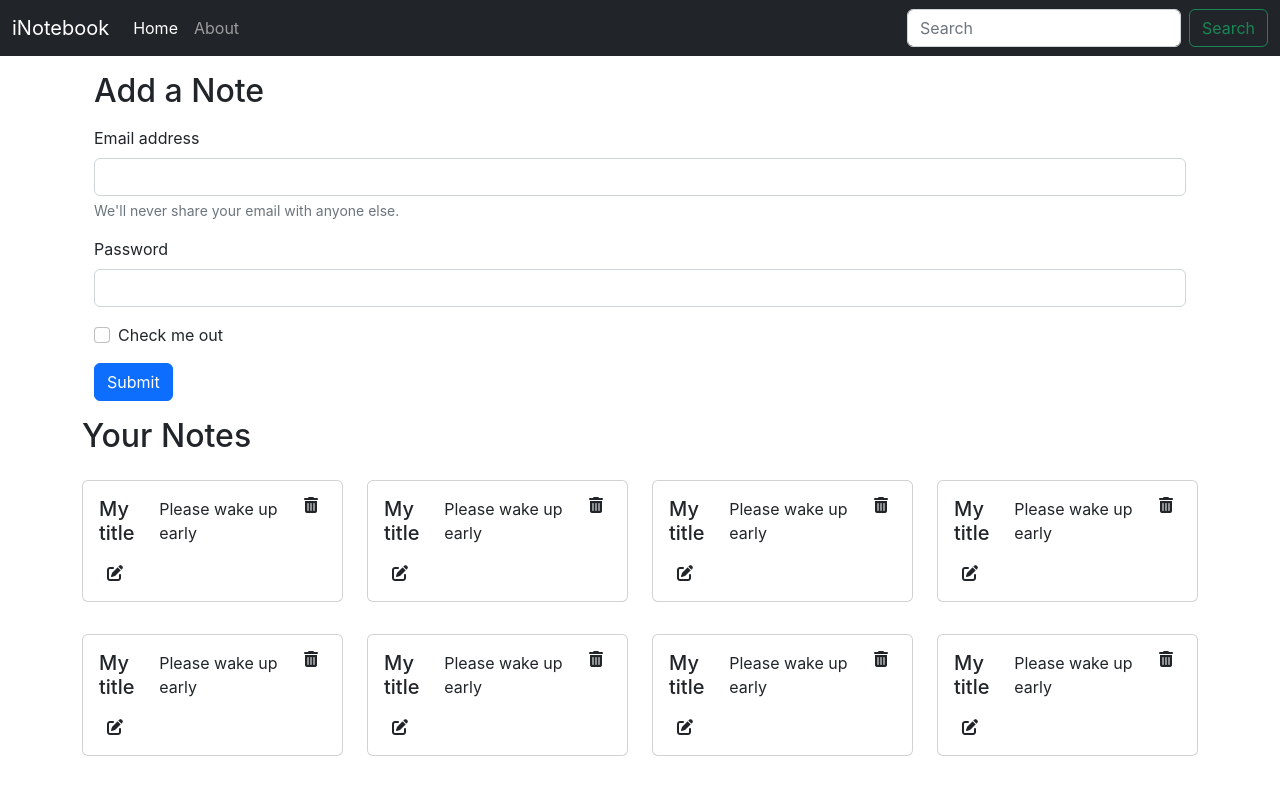
Repository: SatishPatil108/iNotebook-React
Page: /
The author's editor kept a copy of each file at every save. The page is drawn from the files as they stood at one save, then again after the next save.
The browser window is 1280 px wide. The pictures show the whole page.
Some web libraries are served in a nearby version. The project was rebuilt for these pictures with package versions that can differ from the ones it lists, and the page was loaded fresh each time. Also part of the build but not shown: src/App.css, src/components/About.js.

Above is the page before, as saved 2022-07-24 18:36:09.

### public/index.html
<!DOCTYPE html>
<html lang="en">

<head>
  <meta charset="utf-8" />
  <link rel="icon" href="%PUBLIC_URL%/favicon.ico" />
  <meta name="viewport" content="width=device-width, initial-scale=1" />
  <meta name="theme-color" content="#000000" />
  <meta name="description" content="Web site created using create-react-app" />
  <link rel="apple-touch-icon" href="%PUBLIC_URL%/logo192.png" />

  <link rel="manifest" href="%PUBLIC_URL%/manifest.json" />
  <link href="https://cdn.jsdelivr.net/npm/bootstrap@5.2.0/dist/css/bootstrap.min.css" rel="stylesheet"
    integrity="sha384-gH2yIJqKdNHPEq0n4Mqa/HGKIhSkIHeL5AyhkYV8i59U5AR6csBvApHHNl/vI1Bx" crossorigin="anonymous">

  <title>iNotebook - Your Notes Secured in the Cloud</title>
</head>

<body>
  <noscript>You need to enable JavaScript to run this app.</noscript>
  <div id="root"></div>
  <script src="https://kit.fontawesome.com/e892c3092d.js" crossorigin="anonymous"></script>
  <script src="https://cdn.jsdelivr.net/npm/@popperjs/core@2.11.5/dist/umd/popper.min.js"
    integrity="sha384-Xe+8cL9oJa6tN/veChSP7q+mnSPaj5Bcu9mPX5F5xIGE0DVittaqT5lorf0EI7Vk"
    crossorigin="anonymous"></script>
  <script src="https://cdn.jsdelivr.net/npm/bootstrap@5.2.0/dist/js/bootstrap.min.js"
    integrity="sha384-ODmDIVzN+pFdexxHEHFBQH3/9/vQ9uori45z4JjnFsRydbmQbmL5t1tQ0culUzyK"
    crossorigin="anonymous"></script>

</body>

</html>

### src/App.js
import './App.css';
import {
  BrowserRouter as Router,
  Routes,
  Route
} from "react-router-dom";
import Navbar from './components/Navbar';
import Home from './components/Home';
import About from './components/About';
import NoteState from './context/notes/NoteState';

function App() {
  return (
    <>
      <NoteState>
        <Router>
          <Navbar />
          <div className="container">
            <Routes>
              <Route exact path="/" element={<Home />}></Route>
              <Route exact path="/about" element={<About />}></Route>
            </Routes>
          </div>
        </Router>
      </NoteState>
    </>
  );
}

export default App;

### src/components/Navbar.js
import React, { useEffect } from 'react'
import { Link, useLocation } from "react-router-dom";

const Navbar = () => {

    let location = useLocation();
    useEffect(() => {
        console.log(location.pathname);
    }, [location]);
    return (
        <div>
            <nav className="navbar navbar-expand-lg navbar-dark  bg-dark">
                <div className="container-fluid">
                    <Link className="navbar-brand" to="/">iNotebook</Link>
                    <button className="navbar-toggler" type="button" data-bs-toggle="collapse" data-bs-target="#navbarSupportedContent" aria-controls="navbarSupportedContent" aria-expanded="false" aria-label="Toggle navigation">
                        <span className="navbar-toggler-icon"></span>
                    </button>
                    <div className="collapse navbar-collapse" id="navbarSupportedContent">
                        <ul className="navbar-nav me-auto mb-2 mb-lg-0">
                            <li className="nav-item">
                                <Link className={`nav-link ${location.pathname === "/" ? "active" : ""}`} aria-current="page" to="/">Home</Link>
                            </li>
                            <li className="nav-item">
                                <Link className={`nav-link ${location.pathname === "/about" ? "active" : ""}`} to="/about">About</Link>
                            </li>
                        </ul>
                        <form className="d-flex" role="search">
                            <input className="form-control me-2" type="search" placeholder="Search" aria-label="Search" />
                            <button className="btn btn-outline-success" type="submit">Search</button>
                        </form>
                    </div>
                </div>
            </nav>
        </div>
    )
}

export default Navbar

### src/components/Home.js
import Notes from './Notes';

const Home = () => {

    return (
        <div>
            <div className="container my-3">
                <h2>Add a Note</h2>
                <form className='my-3'>
                    <div className="mb-3">
                        <label for="exampleInputEmail1" className="form-label">Email address</label>
                        <input type="email" className="form-control" id="exampleInputEmail1" aria-describedby="emailHelp" />
                        <div id="emailHelp" className="form-text">We'll never share your email with anyone else.</div>
                    </div>
                    <div className="mb-3">
                        <label for="exampleInputPassword1" className="form-label">Password</label>
                        <input type="password" className="form-control" id="exampleInputPassword1" />
                    </div>
                    <div className="mb-3 form-check">
                        <input type="checkbox" className="form-check-input" id="exampleCheck1" />
                        <label className="form-check-label" for="exampleCheck1">Check me out</label>
                    </div>
                    <button type="submit" className="btn btn-primary">Submit</button>
                </form>
            </div>
            <Notes />
        </div>
    )
}

export default Home

### src/context/notes/NoteState.js
import NoteContext from "./noteContext";
import { useState } from "react";
const NoteState = (props) => {
    const notesInitial = [
        {
            "_id": "62da4a93624101fbcba2f70b",
            "user": "62da3547e5c581994402a424",
            "title": "My title",
            "description": "Please wake up early",
            "tag": "Personal",
            "date": "2022-07-22T06:58:27.100Z",
            "__v": 0
        },
        {
            "_id": "62da4a93624101fbcba2f70d",
            "user": "62da3547e5c581994402a424",
            "title": "My title",
            "description": "Please wake up early",
            "tag": "Personal",
            "date": "2022-07-22T06:58:27.254Z",
            "__v": 0
        },
        {
            "_id": "62da4b55247e3f71d9903681",
            "user": "62da3547e5c581994402a424",
            "title": "My title",
            "description": "Please wake up early",
            "tag": "Personal",
            "date": "2022-07-22T07:01:41.403Z",
            "__v": 0
        },
        {
            "_id": "62da89d6007163cf4d1b5c32",
            "user": "62da3547e5c581994402a424",
            "title": "My title",
            "description": "Please wake up early",
            "tag": "Personal",
            "date": "2022-07-22T11:28:22.313Z",
            "__v": 0
        },
        {
            "_id": "62da4a93624101fbcba2f70b",
            "user": "62da3547e5c581994402a424",
            "title": "My title",
            "description": "Please wake up early",
            "tag": "Personal",
            "date": "2022-07-22T06:58:27.100Z",
            "__v": 0
        },
        {
            "_id": "62da4a93624101fbcba2f70d",
            "user": "62da3547e5c581994402a424",
            "title": "My title",
            "description": "Please wake up early",
            "tag": "Personal",
            "date": "2022-07-22T06:58:27.254Z",
            "__v": 0
        },
        {
            "_id": "62da4b55247e3f71d9903681",
            "user": "62da3547e5c581994402a424",
            "title": "My title",
            "description": "Please wake up early",
            "tag": "Personal",
            "date": "2022-07-22T07:01:41.403Z",
            "__v": 0
        },
        {
            "_id": "62da89d6007163cf4d1b5c32",
            "user": "62da3547e5c581994402a424",
            "title": "My title",
            "description": "Please wake up early",
            "tag": "Personal",
            "date": "2022-07-22T11:28:22.313Z",
            "__v": 0
        }
    ]

    const [notes, setNotes] = useState(notesInitial)

    return (
        <NoteContext.Provider value={{ notes, setNotes }}>
            {props.children}
        </NoteContext.Provider>
    )
}

export default NoteState;

### src/components/Notes.js
import React, { useContext } from 'react'
import noteContext from '../context/notes/noteContext';
import Noteitem from './Noteitem';

const Notes = () => {
    const context = useContext(noteContext);
    const { notes, setNotes } = context;

    return (
        <div className="row my-3">
            <h2>Your Notes</h2>
            {notes.map((note) => {
                return <Noteitem note={note} />
            })}
        </div>
    )
}

export default Notes

### src/components/Noteitem.js
import React from 'react'

const Noteitem = (props) => {
    const { note } = props;
    return (
        <div className='col-md-3'>
            <div className="card my-3">
                <div className="card-body">
                    <div className="d-flex">
                        <h5 className="card-title">{note.title}</h5>
                        <p className="card-text">{note.description}</p>
                        <i className="fa-solid fa-trash-can mx-2"></i>
                    </div>
                    <i className="fa-solid fa-pen-to-square mx-2"></i>
                </div>
            </div>
        </div>
    )
}

export default Noteitem

Loaded but not shown: src/index.js (common file); src/index.css (common file); src/context/notes/noteContext.js (common file)

After the next save:
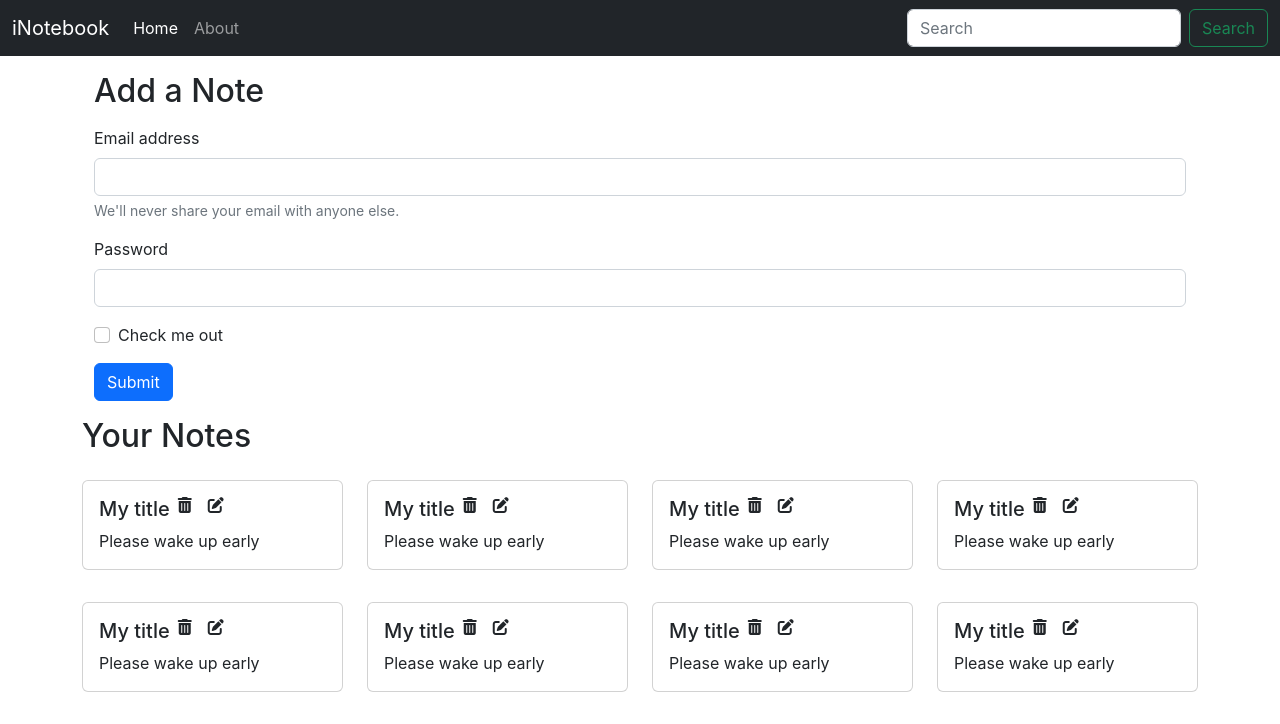
Saved 41 s later.
--- a/src/components/Noteitem.js
+++ b/src/components/Noteitem.js
@@ -8,10 +8,10 @@
                 <div className="card-body">
                     <div className="d-flex">
                         <h5 className="card-title">{note.title}</h5>
-                        <p className="card-text">{note.description}</p>
                         <i className="fa-solid fa-trash-can mx-2"></i>
+                        <i className="fa-solid fa-pen-to-square mx-2"></i>
                     </div>
-                    <i className="fa-solid fa-pen-to-square mx-2"></i>
+                    <p className="card-text">{note.description}</p>
                 </div>
             </div>
         </div>
